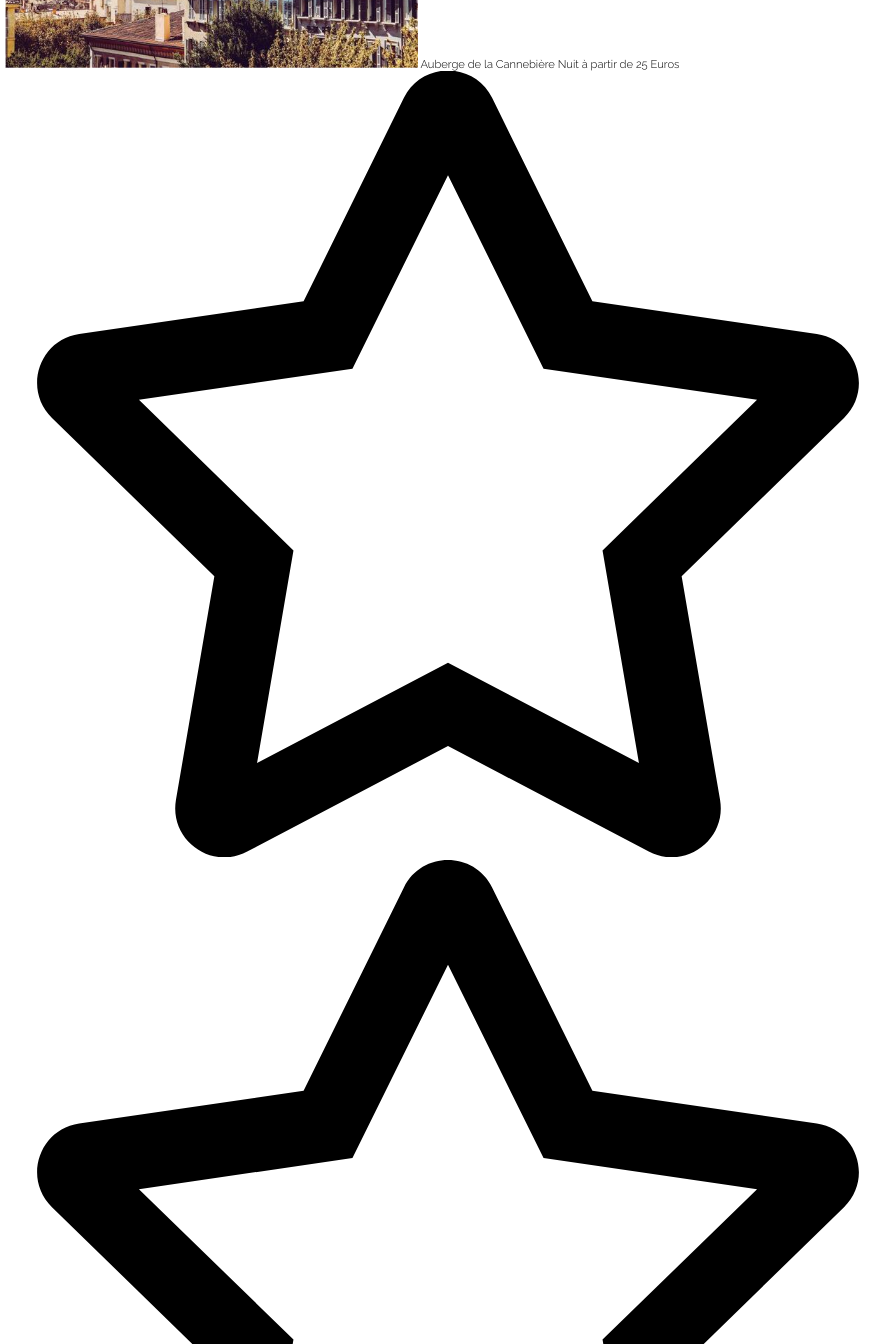
Repository: jaydeeonghub/DYLANBARBARISI_2_16062021
Page: index.html
These files come from the project's save history. The page is drawn as it stood at one moment and after the next save; the edit follows.
The browser window is 1280 px wide. The pictures show the part of the page from y = 3974 to 5894 px (the page is 40144 px tall), at 70% of full size.

Above is the page before, as saved 2021-06-25 02:50:54.

### index.html
<!DOCTYPE html>
<html lang="fr">
<head>
    <link rel="preconnect" href="https://fonts.gstatic.com">
    <link href="https://fonts.googleapis.com/css2?family=Raleway:wght@300&display=swap" rel="stylesheet">
    <link rel="stylesheet" href="Assets\Style\Styles.css">
        <meta charset="UTF-8">
        <meta http-equiv="X-UA-Compatible" content="IE=edge">
        <meta name="viewport" content="width=device-width, initial-scale=1.0">
    <title>Reservia</title>
</head>
<body>
    <header>
        <img src="Assets/Logo/Reservia@3x.png"
             alt="Logo Reservia Responsive"
             srcset="Assets/Logo/Reservia.svg"
            />

            <div class="Barre_de_navigation"> <!--Barre de navigation-->
                <a href="#Hebergements">Hebergements</a>
                <a href="#Activités">Activités</a>
                <a href="#S'inscrire">S'inscrire</a>
              </div>
            </header>

<main>
    <h1>Trouvez votre hebergement pour des vacances de rêve</h1> <!--Titre d'accroche de la landing page-->
    <p>En plein centre ville ou en pleine nature</p>

      <div class="Search_button">
        <form> </form>
          </div>

          <div class="Filtres"
                <p class="Filtres" Filtres</p>
                 <a href="#Économique">Économique</a>
                 <a href="#Familiale">Familiale</a>
                 <a href="#Romantique">Romantique</a>
                 <a href="#Animaux autorisés">Animaux autorisés</a>
                </div>

    <img src="Assets/Icons/info-solid.svg"> <p>Plus de 500 Logements sont disponibles dans cette ville</p> <!--Nombre approximatif de logements disponibles aux alentours-->




        <section>
            <aside>
                <h2>Hébergements à Marseille</h2>
        <div>
            <img src="Assets/Images/4_small/florian-wehde-xW9e8gdotxI-unsplash.jpg"
                      />
                <span>
                    Auberge de la Cannebière
                </span>
                <span>
                    Nuit à partir de 25 Euros
                </span>
                <div>
                    <i><img src="Assets/Icons/star-regular.svg"</i>
                    <i><img src="Assets/Icons/star-regular.svg"</i>
                    <i><img src="Assets/Icons/star-regular.svg"</i>
                    <i><img src="Assets/Icons/star-regular.svg"</i>
                    <i><img src="Assets/Icons/star-regular.svg"</i>
                </div>
        <div>
            <img src="Assets/Images/4_small/kevin-hikari-rV_Qd1l-VXg-unsplash.jpg"
                    />
                <span>
                    Hôtel du port
                </span>
                <span>
                    Nuit à partir de 52 Euros
                </span>
                    <div>
                        <i><img src="Assets/Icons/star-regular.svg"</i>
                        <i><img src="Assets/Icons/star-regular.svg"</i>
                        <i><img src="Assets/Icons/star-regular.svg"</i>
                        <i><img src="Assets/Icons/star-regular.svg"</i>
                        <i><img src="Assets/Icons/star-regular.svg"</i>
                    </div>

                    <div>
                    <img src="Assets/Images/4_small/kilyan-sockalingum-NR8-cBCN3aI-unsplash.jpg"
                    />

                    <span>
                        Hôtel Les mouettes
                    </span>

                    <span>
                        Nuit à partir de 76 Euros
                        </span>

                        <div>
                            <i><img src="Assets/Icons/star-regular.svg"</i>
                            <i><img src="Assets/Icons/star-regular.svg"</i>
                            <i><img src="Assets/Icons/star-regular.svg"</i>
                            <i><img src="Assets/Icons/star-regular.svg"</i>
                            <i><img src="Assets/Icons/star-regular.svg"</i>
                        </div>
                    </div>
                        <div>
                            <img src="Assets/Images/4_small/lena-paulin-wH2-EJoDcV0-unsplash.jpg"
                            />
                            <span>
                                Hôtel de la mer
                            </span>
                            <span>
                                Nuit à partir de 46 Euros
                            </span>
                            <div>
                                <i><img src="Assets/Icons/star-regular.svg"</i>
                                <i><img src="Assets/Icons/star-regular.svg"</i>
                                <i><img src="Assets/Icons/star-regular.svg"</i>
                                <i><img src="Assets/Icons/star-regular.svg"</i>
                                <i><img src="Assets/Icons/star-regular.svg"</i>
                            </div>
                            <div>
                                <img src="Assets/Images/4_small/paul-hermann-QFTrLdQIRhI-unsplash.jpg"
                                />
                                <span>
                                    Auberge Le Panier
                                </span>
                                <span>
                                    Nuit à partir de 23 Euros
                                </span>
                                <div>
                                    <i><img src="Assets/Icons/star-regular.svg"</i>
                                    <i><img src="Assets/Icons/star-regular.svg"</i>
                                    <i><img src="Assets/Icons/star-regular.svg"</i>
                                    <i><img src="Assets/Icons/star-regular.svg"</i>
                                    <i><img src="Assets/Icons/star-regular.svg"</i>
                                </div>
                                <div>
                                    <img src="Assets/Images/4_small/reno-laithienne-QUgJhdY5Fyk-unsplash.jpg"
                                    />
                                    <span>
                                        Hôtel Chez Amina
                                    </span>
                                    <span>
                                        Nuit à partir de 96 Euros
                                    </span>
                                    <div>
                                        <i><img src="Assets/Icons/star-regular.svg"</i>
                                        <i><img src="Assets/Icons/star-regular.svg"</i>
                                        <i><img src="Assets/Icons/star-regular.svg"</i>
                                        <i><img src="Assets/Icons/star-regular.svg"</i>
                                        <i><img src="Assets/Icons/star-regular.svg"</i>
                                    </div>

            </aside><!--Hebergements à Marseille-->
            <aside></aside><!-- Les plus populaires-->
        </section>
        <section></section><!-- Activités à Marseille-->


    </main>
    <footer></footer>


</body>
</html>

### Assets/Style/Styles.css
*
body {font-family: 'Raleway', sans-serif;}

h1 {font-family: 'Raleway', sans-serif;}

li {display: inline;}

After the next save:
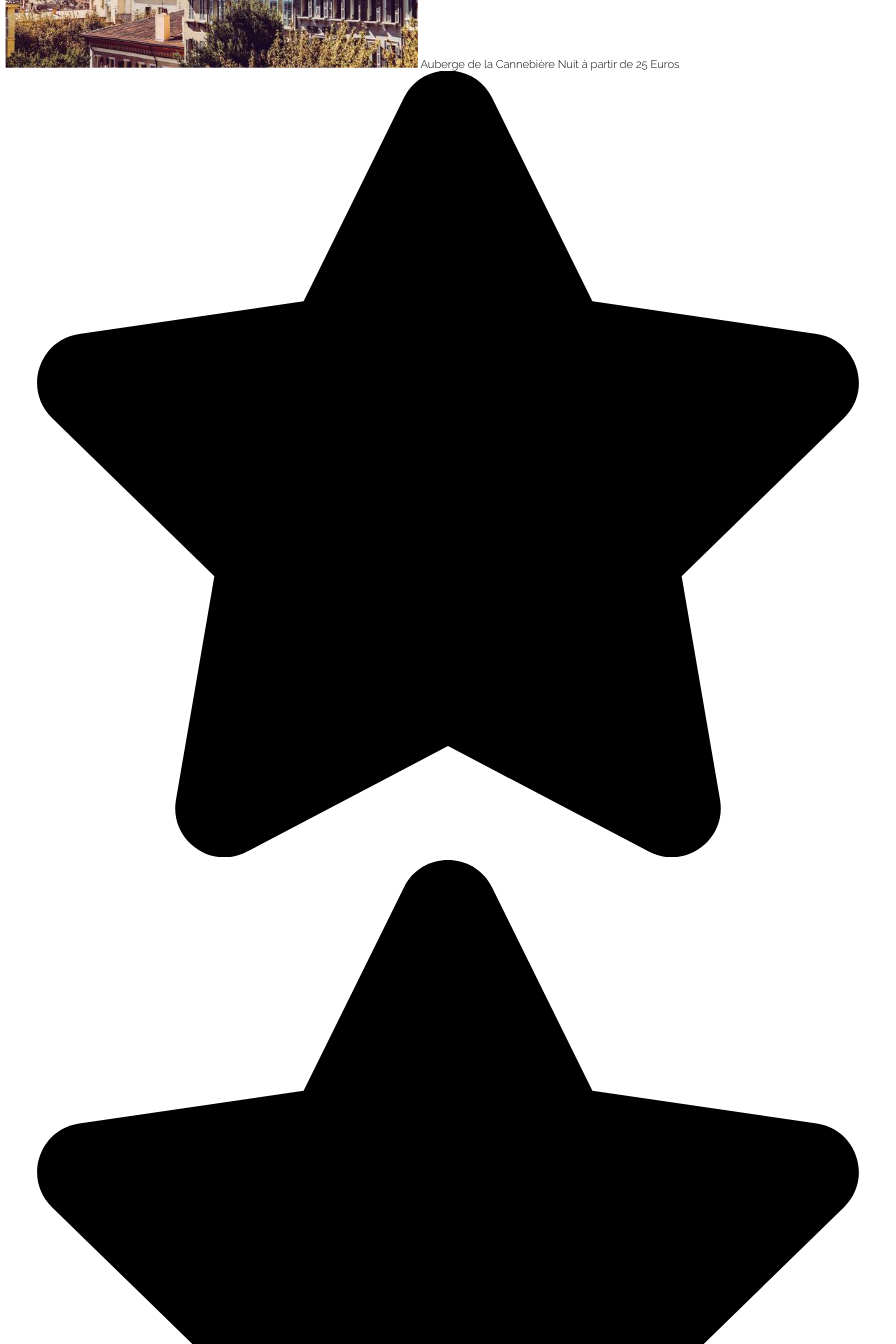
Saved 11 h 59 min later.
--- a/index.html
+++ b/index.html
@@ -57,11 +57,11 @@
                     Nuit à partir de 25 Euros
                 </span>
                 <div>
-                    <i><img src="Assets/Icons/star-regular.svg"</i>
-                    <i><img src="Assets/Icons/star-regular.svg"</i>
-                    <i><img src="Assets/Icons/star-regular.svg"</i>
-                    <i><img src="Assets/Icons/star-regular.svg"</i>
-                    <i><img src="Assets/Icons/star-regular.svg"</i>
+                    <i><img src="Assets/Icons/star-solid.svg"</i>
+                    <i><img src="Assets/Icons/star-solid.svg"</i>
+                    <i><img src="Assets/Icons/star-solid.svg"</i>
+                    <i><img src="Assets/Icons/star-solid.svg"</i>
+                    <i><img src="Assets/Icons/star-solid.svg"</i>
                 </div>
         <div>
             <img src="Assets/Images/4_small/kevin-hikari-rV_Qd1l-VXg-unsplash.jpg"
@@ -73,11 +73,11 @@
                     Nuit à partir de 52 Euros
                 </span>
                     <div>
-                        <i><img src="Assets/Icons/star-regular.svg"</i>
-                        <i><img src="Assets/Icons/star-regular.svg"</i>
-                        <i><img src="Assets/Icons/star-regular.svg"</i>
-                        <i><img src="Assets/Icons/star-regular.svg"</i>
-                        <i><img src="Assets/Icons/star-regular.svg"</i>
+                        <i><img src="Assets/Icons/star-solid.svg"</i>
+                        <i><img src="Assets/Icons/star-solid.svg"</i>
+                        <i><img src="Assets/Icons/star-solid.svg"</i>
+                        <i><img src="Assets/Icons/star-solid.svg"</i>
+                        <i><img src="Assets/Icons/star-solid.svg"</i>
                     </div>
 
                     <div>
@@ -93,11 +93,11 @@
                         </span>
 
                         <div>
-                            <i><img src="Assets/Icons/star-regular.svg"</i>
-                            <i><img src="Assets/Icons/star-regular.svg"</i>
-                            <i><img src="Assets/Icons/star-regular.svg"</i>
-                            <i><img src="Assets/Icons/star-regular.svg"</i>
-                            <i><img src="Assets/Icons/star-regular.svg"</i>
+                            <i><img src="Assets/Icons/star-solid.svg"</i>
+                            <i><img src="Assets/Icons/star-solid.svg"</i>
+                            <i><img src="Assets/Icons/star-solid.svg"</i>
+                            <i><img src="Assets/Icons/star-solid.svg"</i>
+                            <i><img src="Assets/Icons/star-solid.svg"</i>
                         </div>
                     </div>
                         <div>
@@ -110,11 +110,11 @@
                                 Nuit à partir de 46 Euros
                             </span>
                             <div>
-                                <i><img src="Assets/Icons/star-regular.svg"</i>
-                                <i><img src="Assets/Icons/star-regular.svg"</i>
-                                <i><img src="Assets/Icons/star-regular.svg"</i>
-                                <i><img src="Assets/Icons/star-regular.svg"</i>
-                                <i><img src="Assets/Icons/star-regular.svg"</i>
+                                <i><img src="Assets/Icons/star-solid.svg"</i>
+                                <i><img src="Assets/Icons/star-solid.svg"</i>
+                                <i><img src="Assets/Icons/star-solid.svg"</i>
+                                <i><img src="Assets/Icons/star-solid.svg"</i>
+                                <i><img src="Assets/Icons/star-solid.svg"</i>
                             </div>
                             <div>
                                 <img src="Assets/Images/4_small/paul-hermann-QFTrLdQIRhI-unsplash.jpg"
@@ -126,11 +126,11 @@
                                     Nuit à partir de 23 Euros
                                 </span>
                                 <div>
-                                    <i><img src="Assets/Icons/star-regular.svg"</i>
-                                    <i><img src="Assets/Icons/star-regular.svg"</i>
-                                    <i><img src="Assets/Icons/star-regular.svg"</i>
-                                    <i><img src="Assets/Icons/star-regular.svg"</i>
-                                    <i><img src="Assets/Icons/star-regular.svg"</i>
+                                    <i><img src="Assets/Icons/star-solid.svg"</i>
+                                    <i><img src="Assets/Icons/star-solid.svg"</i>
+                                    <i><img src="Assets/Icons/star-solid.svg"</i>
+                                    <i><img src="Assets/Icons/star-solid.svg"</i>
+                                    <i><img src="Assets/Icons/star-solid.svg"</i>
                                 </div>
                                 <div>
                                     <img src="Assets/Images/4_small/reno-laithienne-QUgJhdY5Fyk-unsplash.jpg"
@@ -142,11 +142,11 @@
                                         Nuit à partir de 96 Euros
                                     </span>
                                     <div>
-                                        <i><img src="Assets/Icons/star-regular.svg"</i>
-                                        <i><img src="Assets/Icons/star-regular.svg"</i>
-                                        <i><img src="Assets/Icons/star-regular.svg"</i>
-                                        <i><img src="Assets/Icons/star-regular.svg"</i>
-                                        <i><img src="Assets/Icons/star-regular.svg"</i>
+                                        <i><img src="Assets/Icons/star-solid.svg"</i>
+                                        <i><img src="Assets/Icons/star-solid.svg"</i>
+                                        <i><img src="Assets/Icons/star-solid.svg"</i>
+                                        <i><img src="Assets/Icons/star-solid.svg"</i>
+                                        <i><img src="Assets/Icons/star-solid.svg"</i>
                                     </div>
 
             </aside><!--Hebergements à Marseille-->
